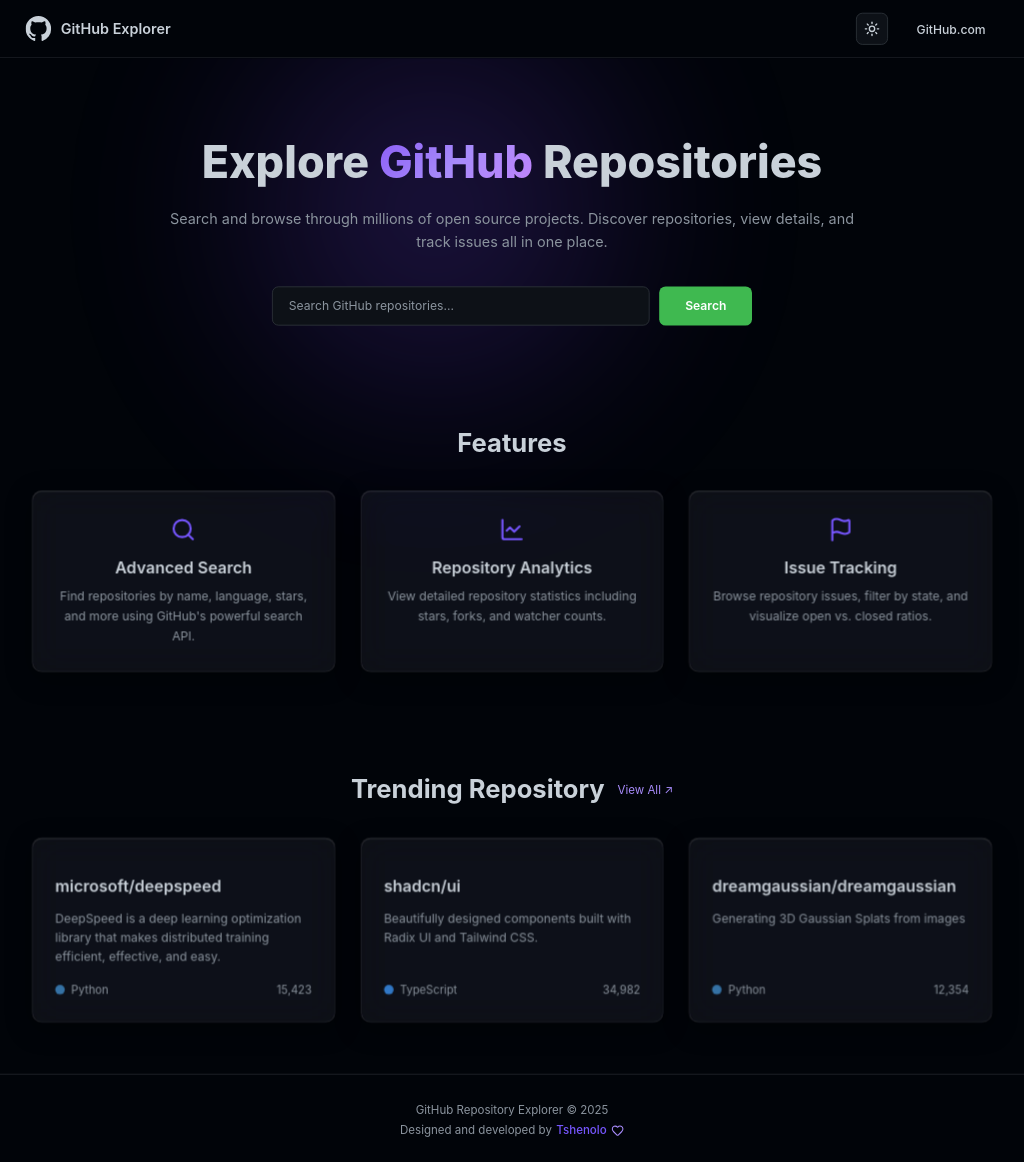
Repository: Tshenolo1994/username-repo
Page: /
The author's editor kept a copy of each file at every save. The page is drawn from the files as they stood at one save, then again after the next save.
The browser window is 1280 px wide. The pictures show the whole page, at 80% of full size.
The project was rebuilt for these pictures with package versions that can differ from the ones it lists, and the page was loaded fresh each time. Also part of the build but not shown: vite.config.ts, src/views/RepoView.vue.

Above is the page before, as saved 2025-10-27 01:41:37.

After the next save:
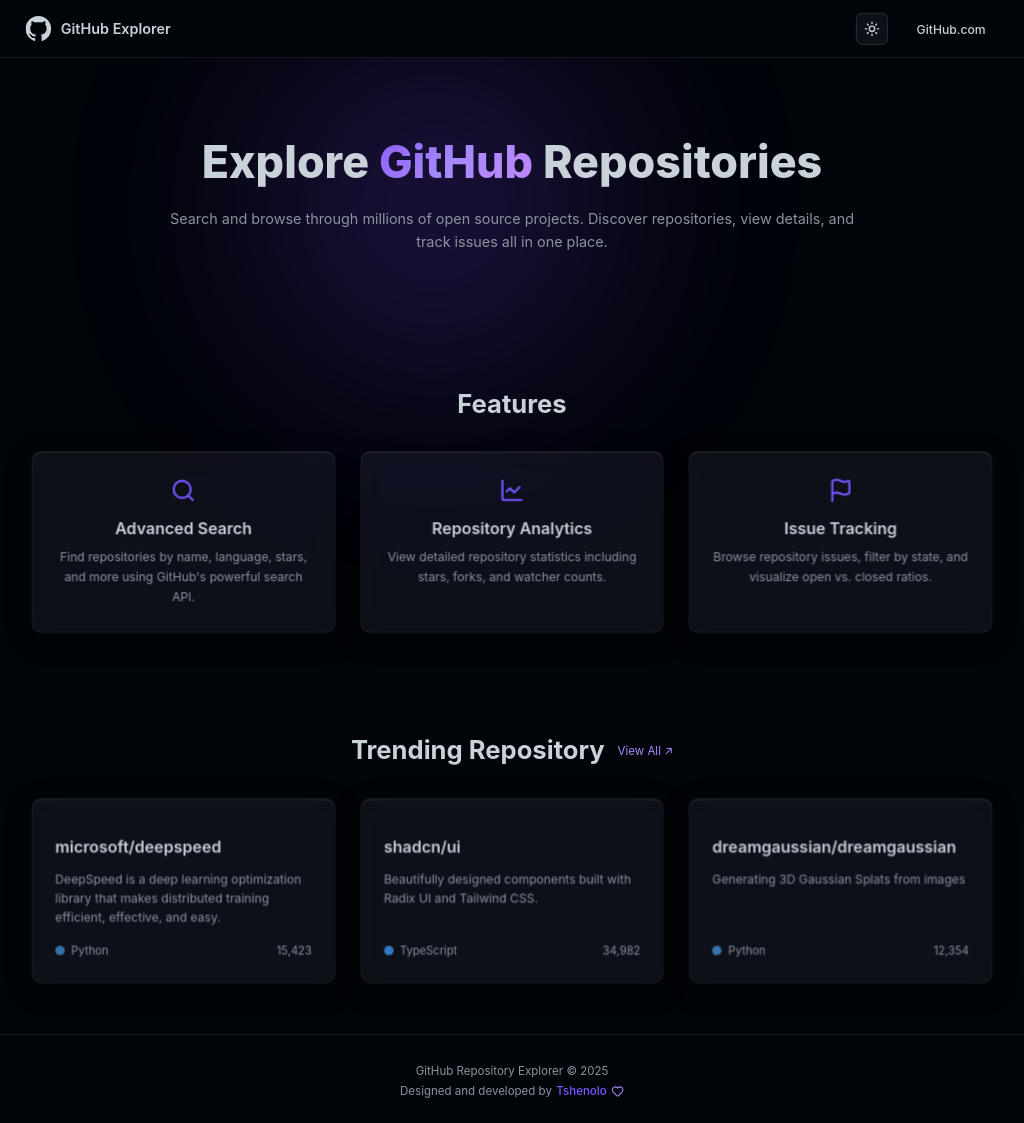
Saved 29 s later.
--- a/src/views/HomeView.vue
+++ b/src/views/HomeView.vue
@@ -90,12 +90,9 @@
         </p>
 
         <div class="search-box">
-          <input
-            v-model="username"
-            placeholder="Search GitHub repositories..."
-            class="search-input"
-          />
-          <button @click="search" class="search-btn">Search</button>
+            <div class="search-wrapper">
+        <SearchBar />
+      </div>
         </div>
       </div>
     </section>
